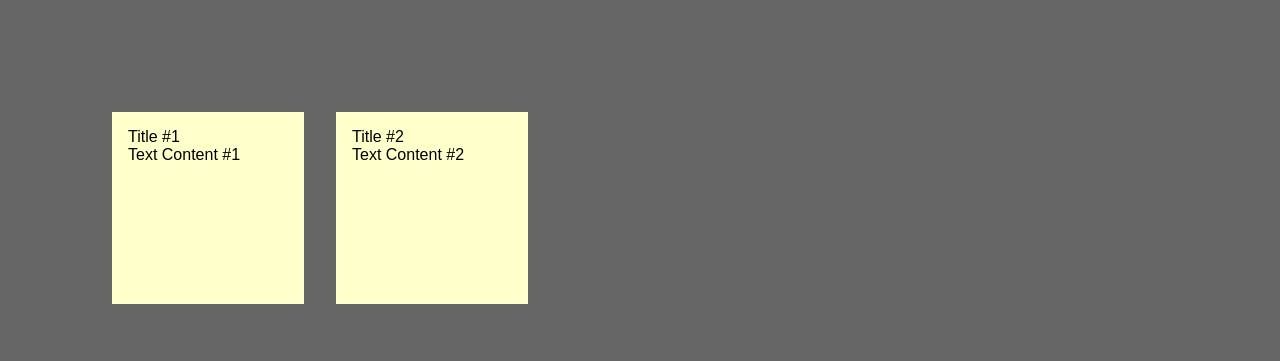
Repository: qudgns200/Toy_01_ToDoList
Page: http://localhost/ToDoList/jsp/mainForm.jsp
An editor plug-in stored every save of this project. The page is shown before and after the next save, followed by the edit.
The browser window is 1280 px wide. The pictures show the whole page.
The page is served by Tomcat 9. Nobody is signed in. The application's start-up code is not run. Other server files are loaded and not shown.

Above is the page before, as saved 2019-11-05 07:12:00.

### ToDoList/WebContent/jsp/mainForm.jsp
<%@ page language="java" contentType="text/html; charset=UTF-8"
    pageEncoding="UTF-8"%>
<!DOCTYPE html>
<html>
<head>
<meta charset="UTF-8">
<meta name="viewport" content="width=device-width">
<title>To-DO List</title>
<link href="css/custom.css" rel="stylesheet"/>
</head>
<body>

	<div id="header">

	</div>

<ul>
  <li>
    <a href="#">
      <h2>Title #1</h2>
      <p>Text Content #1</p>
    </a>
  </li>
  <li>
    <a href="#">
      <h2>Title #2</h2>
      <p>Text Content #2</p>
    </a>
  </li>
</ul>
</body>
</html>

### ToDoList/WebContent/css/custom.css
*{
  margin:0;
  padding:0;
}
body{
  font-family:arial,sans-serif;
  font-size:100%;
  margin:3em;
  background:#666;
  color:#fff;
}
h2,p{
  font-size:100%;
  font-weight:normal;
}
ul,li{
  list-style:none;
}
ul{
  overflow:hidden;
  padding:3em;
}
ul li a{
  text-decoration:none;
  color:#000;
  background:#ffc;
  display:block;
  height:10em;
  width:10em;
  padding:1em;
}
ul li{
  margin:1em;
  float:left;
}

#btnAdd {
	max-width : 100%;
	background: #fbdb65;
	border: none;
	cursor: pointer;
}

After the next save:
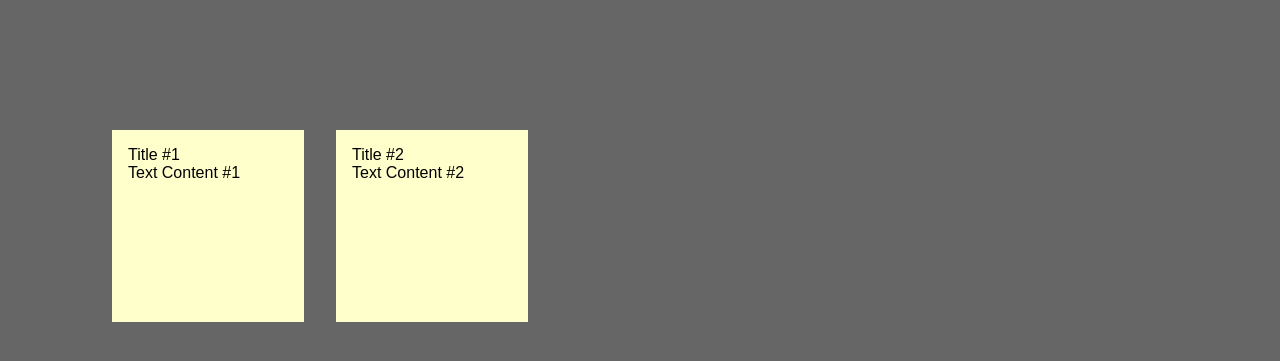
Saved 16 s later.
--- a/ToDoList/WebContent/jsp/mainForm.jsp
+++ b/ToDoList/WebContent/jsp/mainForm.jsp
@@ -11,7 +11,7 @@
 <body>
 
 	<div id="header">
-
+		<button id="btnAdd"></button>
 	</div>
 
 <ul>
